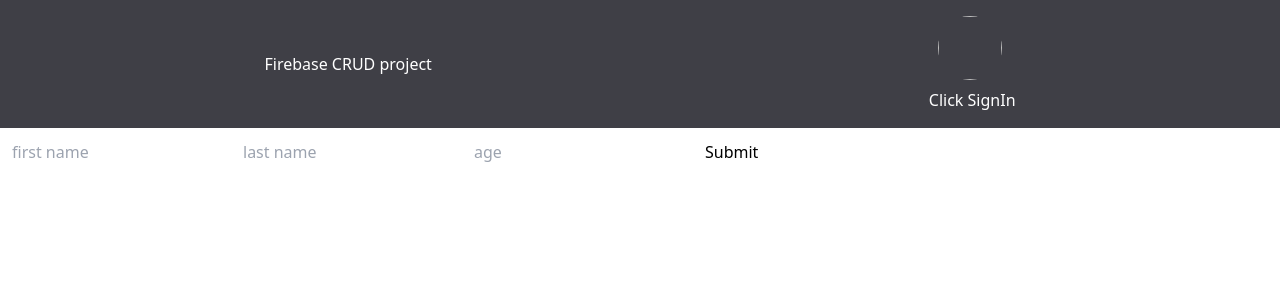
Repository: Semanmernstack/firebase-crud
Page: /
The author's editor kept a copy of each file at every save. The page is drawn from the files as they stood at one save, then again after the next save.
The browser window is 1280 px wide. The pictures show the whole page.
The project was rebuilt for these pictures with package versions that can differ from the ones it lists, and the page was loaded fresh each time.

Above is the page before, as saved 2023-03-17 02:01:30.

### src/index.css
body {
  margin: 0;

}

@tailwind base;
@tailwind components;
@tailwind utilities;

### src/App.js



import Body from "./components/Body";
import Header from "./components/Header";





function App() {

  return (
    <div className="">
      <Header/>
      <Body/>
    </div>
  );
}

export default App;

### src/components/Body.js
import React from 'react'
import { useForm } from 'react-hook-form';

function Body() {
    const {
        register,
        handleSubmit,
        formState: { errors },
    } = useForm();
    const onSubmit = data => console.log(data);
  return (
    <div className="p-3 text-black flex flex-col w-2/3">
        <form className='flex' onSubmit={handleSubmit(onSubmit)}>
            <input placeholder='first name'  {...register('firstName')} />
            <input placeholder='last name' {...register('lastName', { required: true })} />
            {errors.lastName && <p>Last name is required.</p>}
            <input placeholder='age' {...register('age', { pattern: /\d+/ })} />
            {errors.age && <p>Please enter number for age.</p>}
            <input type="submit" />
        </form>

    </div>
  )
}

export default Body

### src/components/Header.js


import Login from "./Login"


function Header() {
  const [user, setUser] = ("")


  return (
    <nav className="flex items-center justify-around bg-zinc-700 text-white p-4">
        <div>
            <h1> Firebase CRUD project</h1>
        </div>
        <Login/>

    </nav>


  )
}

export default Header

### src/components/Login.js
import { onAuthStateChanged, signInWithPopup } from 'firebase/auth'
import React, { useEffect, useState } from 'react'
import { auth, provider } from '../firebase.'


function Login() {
    const [user, setUser] = useState("")
    useEffect(() => {

        onAuthStateChanged(auth, (user) => {
            console.log(user)
          if (user) {
            setUser(user)
          }
        })

      }, [])





    const signIn = () => {
       try {
            signInWithPopup(auth, provider)
       }
       catch (error) {
            alert(error.message)
       }
    }
  return (
    <div className="flex flex-col items-center gap-2">
        <div className="flex gap-1 items-center">
            <img className='rounded-full h-16 w-16' src={user.photoURL} alt="" />
            <h1>{user?.displayName}</h1>
        </div>
        <div>
            <button onClick={signIn} >Click SignIn</button>
        </div>



    </div>
  )
}

export default Login

### src/firebase..js
import { initializeApp } from "firebase/app";
import { getAuth, GoogleAuthProvider } from "firebase/auth";
import { getFirestore } from "firebase/firestore";
// TODO: Add SDKs for Firebase products that you want to use
// https://firebase.google.com/docs/web/setup#available-libraries

// Your web app's Firebase configuration
const firebaseConfig = {
  apiKey: "AIzaSyBgS0aivKoq6PRjPIzLlCpHxI0D8M1DMtw",
  authDomain: "school-81c7d.firebaseapp.com",
  projectId: "school-81c7d",
  storageBucket: "school-81c7d.appspot.com",
  messagingSenderId: "524069258489",
  appId: "1:524069258489:web:11c09d32a06e9a8b970e28"
};

// Initialize Firebase
const app = initializeApp(firebaseConfig);
const auth = getAuth(app);
const provider = new GoogleAuthProvider();

export { auth, provider }

Loaded but not shown: public/index.html (common file); src/index.js (common file); src/reportWebVitals.js (common file); tailwind.config.js (common file)

After the next save:
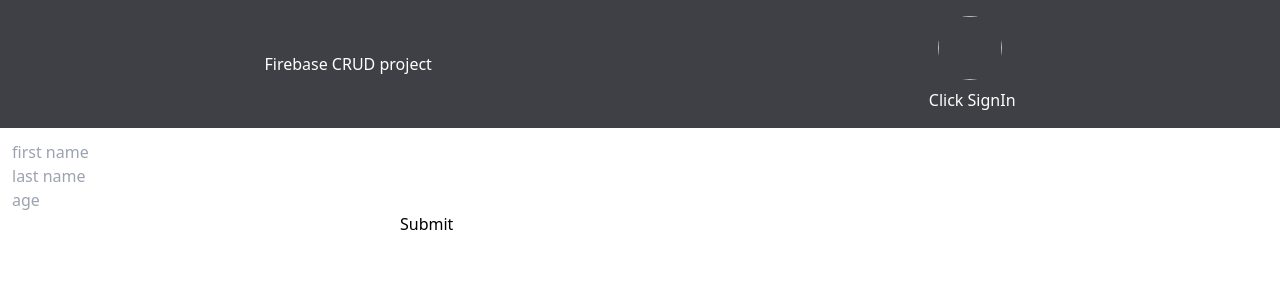
Saved 12 s later.
--- a/src/components/Body.js
+++ b/src/components/Body.js
@@ -10,7 +10,7 @@ function Body() {
     const onSubmit = data => console.log(data);
   return (
     <div className="p-3 text-black flex flex-col w-2/3">
-        <form className='flex' onSubmit={handleSubmit(onSubmit)}>
+        <form className='flex flex-col' onSubmit={handleSubmit(onSubmit)}>
             <input placeholder='first name'  {...register('firstName')} />
             <input placeholder='last name' {...register('lastName', { required: true })} />
             {errors.lastName && <p>Last name is required.</p>}
